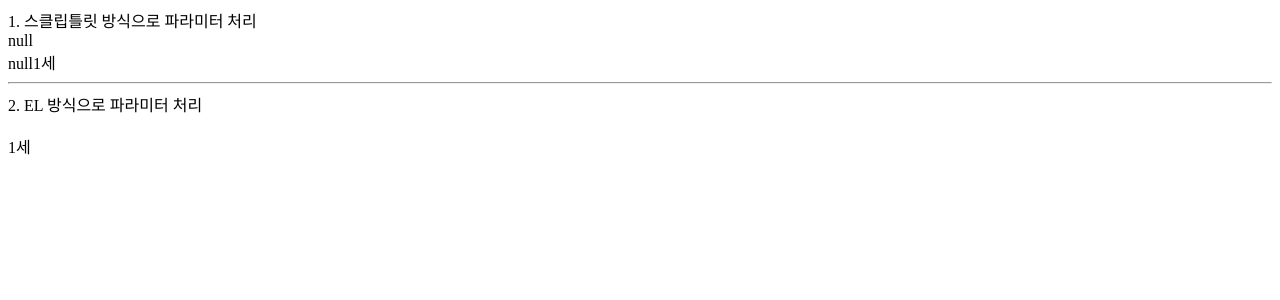
Repository: dhalfks/jsp
Page: http://localhost/web_study/step2_1.jsp
The author's editor kept a copy of each file at every save. The page is drawn from the files as they stood at one save, then again after the next save.
The browser window is 1280 px wide. The pictures show the whole page.
The page is served by Tomcat 9.

Above is the page before, as saved 2022-08-16 03:44:32.

### _jspworkspace(jstl)/web_study/src/main/webapp/step2_1.jsp
<%@ page language="java" contentType="text/html; charset=UTF-8"
    pageEncoding="UTF-8"%>
<!DOCTYPE html>
<html>
<head>
<meta charset="UTF-8">
<title>Insert title here</title>
</head>
<body>

	1. 스클립틀릿 방식으로 파라미터 처리<br>
	<%=request.getParameter("nick") %><br>
	<%=request.getParameter("age")+1 %>세<br>

	<hr>

	2. EL 방식으로 파라미터 처리<br>
	${param.nick }<br>
	${param.age+1 }세<br>

</body>
</html>

After the next save:
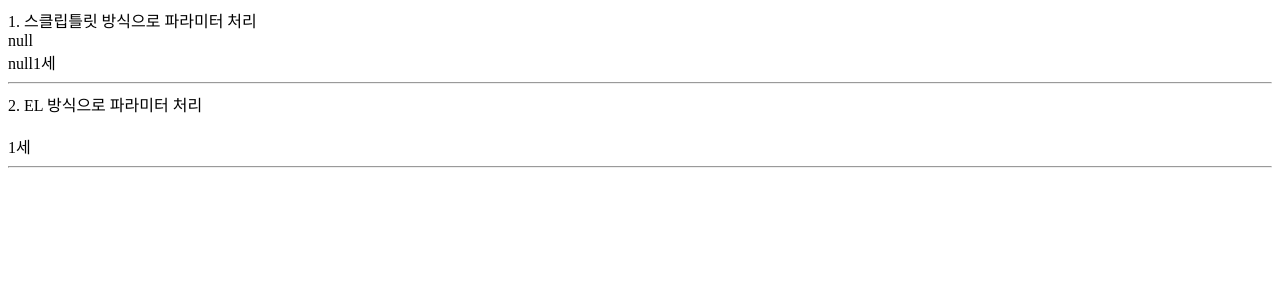
Saved 4 min 31 s later.
--- a/_jspworkspace(jstl)/web_study/src/main/webapp/step2_1.jsp
+++ b/_jspworkspace(jstl)/web_study/src/main/webapp/step2_1.jsp
@@ -7,16 +7,21 @@
 <title>Insert title here</title>
 </head>
 <body>
-
+	<!-- 기존 방식에서는 넘어오는 parameter 값이 문자열로 인식.
+		30+1 => 나이(문자열)+1 추가됨. 301세 출력 -->
 	1. 스클립틀릿 방식으로 파라미터 처리<br>
 	<%=request.getParameter("nick") %><br>
 	<%=request.getParameter("age")+1 %>세<br>
 
 	<hr>
-
+	<!-- EL방식은 내부적으로 형변환하여(Integer.parseInt())연산이 됨.
+		30+1 => 나이(숫자)+1, 31세 출력 -->
 	2. EL 방식으로 파라미터 처리<br>
 	${param.nick }<br>
 	${param.age+1 }세<br>
 
+	<hr>
+
+
 </body>
 </html>
